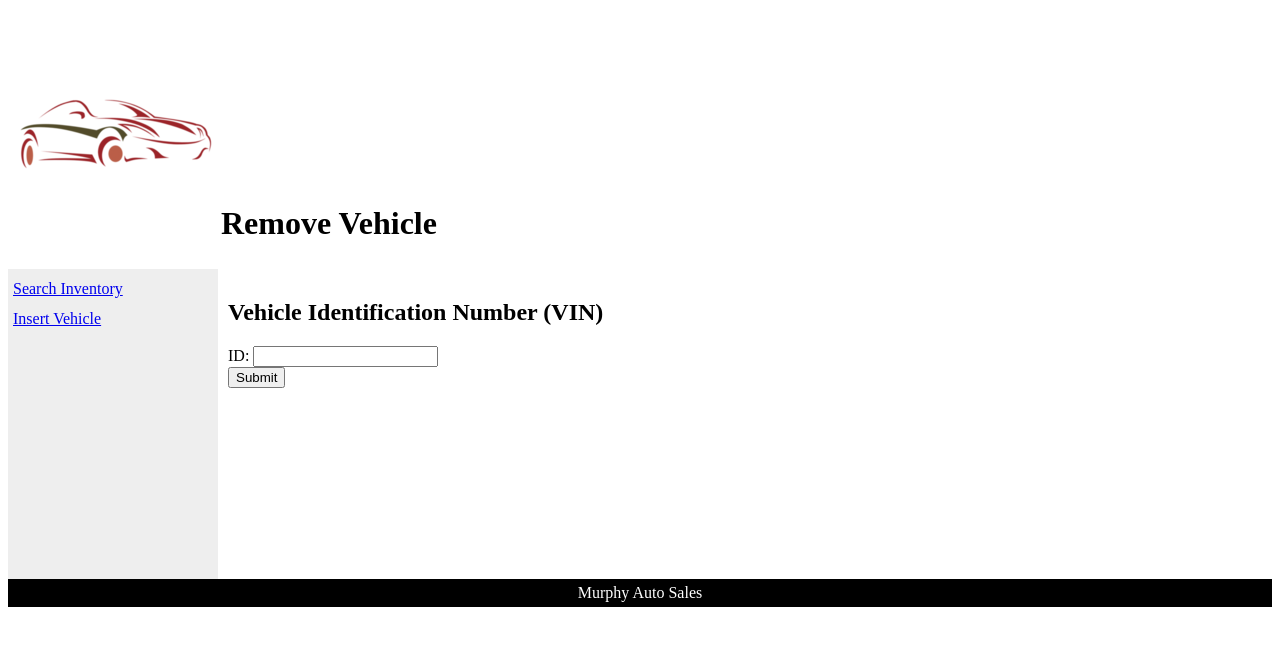
Repository: CamdenMurphy/workspace4830-intro-to-software-engineering
Page: techExercise/techExercise-Murphy/src/main/webapp/delete_murphy.html
An editor plug-in stored every save of this project. The page is shown before and after the next save, followed by the edit.
The browser window is 1280 px wide. The pictures show the whole page.

Above is the page before, as saved 2023-10-12 06:21:15.

After the next save:
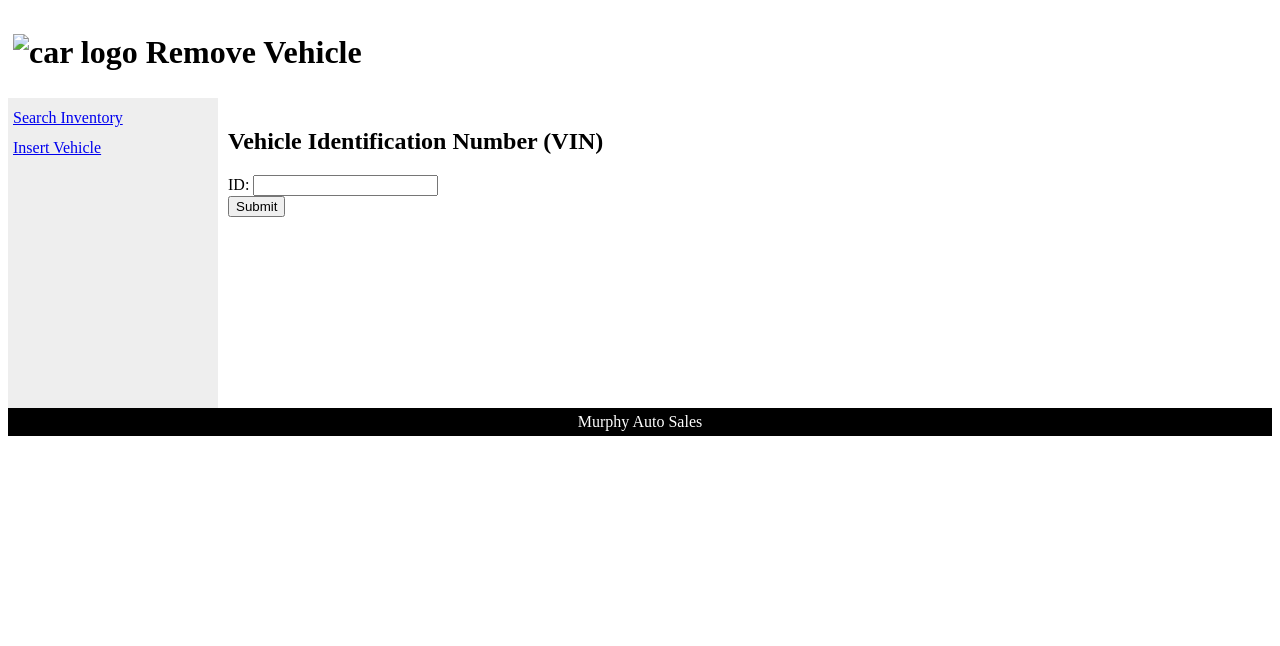
Not found: techExercise/techExercise-Murphy/src/main/webapp/car_icon.jpg
Saved 81 s later.
--- a/techExercise/techExercise-Murphy/src/main/webapp/delete_murphy.html
+++ b/techExercise/techExercise-Murphy/src/main/webapp/delete_murphy.html
@@ -38,7 +38,7 @@
 <header>
 
 	<h1>
-		<img src="car_icon.webp" alt="car logo">
+		<img src="car_icon.jpg" alt="car logo">
 		Remove Vehicle </h1>
 </header>
 

After the save that followed:
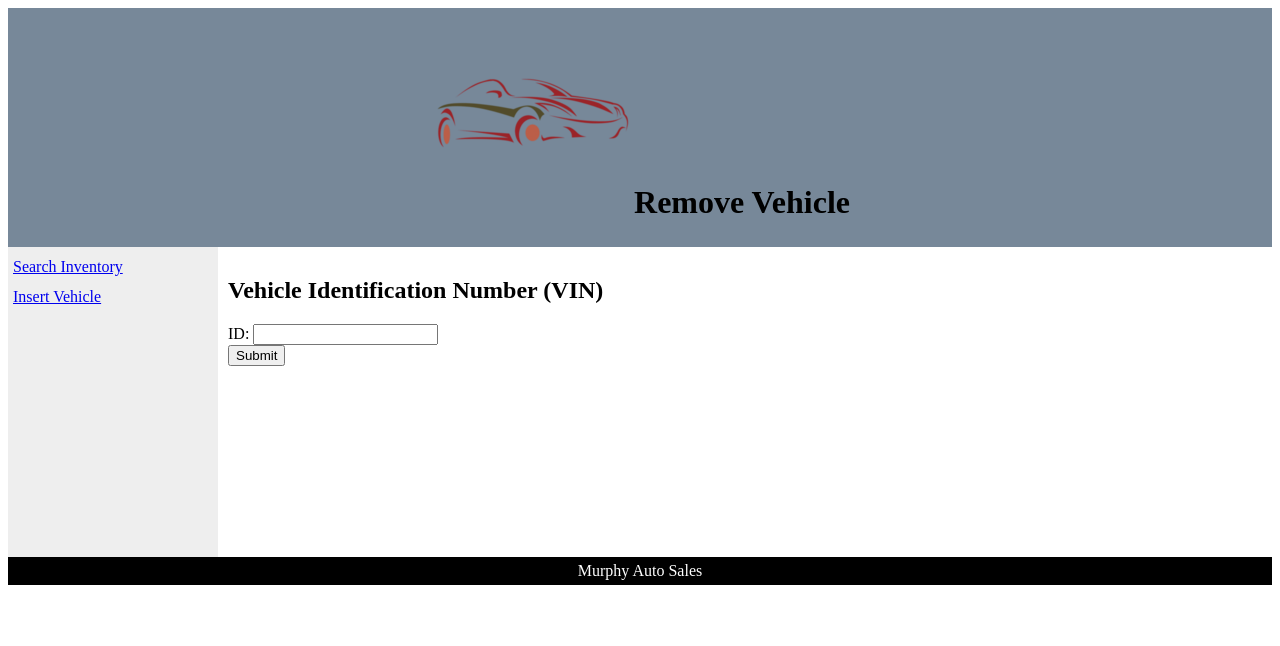
Saved 81 s later.
--- a/techExercise/techExercise-Murphy/src/main/webapp/delete_murphy.html
+++ b/techExercise/techExercise-Murphy/src/main/webapp/delete_murphy.html
@@ -2,7 +2,8 @@
 <head>
 <style>
 header {
-
+	background-color: lightslategray;
+	text-align: center;
     padding:5px;
 }
 nav {
@@ -36,10 +37,8 @@
 
 <body>
 <header>
-
-	<h1>
-		<img src="car_icon.jpg" alt="car logo">
-		Remove Vehicle </h1>
+	<img src="car_icon.webp" alt="car logo">
+	<h1> Remove Vehicle </h1>
 </header>
 
 <nav>
